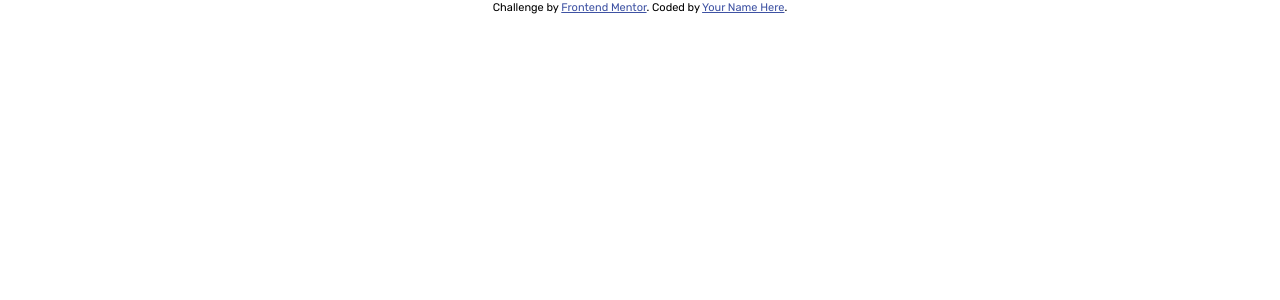
Repository: Akashiii1/WebTimeTracking_Day6
Page: index.html
An editor plug-in stored every save of this project. The page is shown before and after the next save, followed by the edit.
The browser window is 1280 px wide. The pictures show the whole page.

Above is the page before, as saved 2021-12-26 23:22:37.

### index.html
<!DOCTYPE html>
<html lang="en">
<head>
  <meta charset="UTF-8">
  <meta name="viewport" content="width=device-width, initial-scale=1.0"> <!-- displays site properly based on user's device -->

  <link rel="icon" type="image/png" sizes="32x32" href="./images/favicon-32x32.png">

  <title>Frontend Mentor | Time tracking dashboard</title>

  <!-- Feel free to remove these styles or customise in your own stylesheet 👍 -->
  <link rel="stylesheet" href="style.css">
  <style>
    .attribution { font-size: 11px; text-align: center; }
    .attribution a { color: hsl(228, 45%, 44%); }
  </style>
</head>
<body>





  <div class="attribution">
    Challenge by <a href="https://www.frontendmentor.io?ref=challenge" target="_blank">Frontend Mentor</a>.
    Coded by <a href="#">Your Name Here</a>.
  </div>
  <script src="app.js"></script>
</body>
</html>

### style.css
@import url('https://fonts.googleapis.com/css2?family=Rubik:wght@300;400;500&display=swap');
:root{
  --Blue: hsl(246, 80%, 60%);

 --Lightred: hsl(15, 100%, 70%);/*(work)*/
 --Softblue : hsl(195, 74%, 62%);/*(play)*/
 --Lightred : hsl(348, 100%, 68%);/*(study)*/
 --Limegreen : hsl(145, 58%, 55%);/*(exercise)*/
 --Violet: hsl(264, 64%, 52%);/*(social)*/
 --Softorange : hsl(43, 84%, 65%);/*(self care)*/

  --Verydarkblue: hsl(226, 43%, 10%);
  --Darkblue: hsl(235, 46%, 20%);
  --Desaturatedblue: hsl(235, 45%, 61%);
  --PaleBlue: hsl(236, 100%, 87%);
}
*,
*::before,
*::after {
  box-sizing: border-box;
}
body,
h1,
h2,
h3,
h4,
h5,
h6,
p,
figure,
picture {
  margin: 0;
}
body {
  min-height: 100vh;
  line-height: 1.5;
}
input,
button,
select,
textarea {
  font: inherit;
}
img,
picture {
  display: block;
  max-width: 100%;
}
body{
  font-family: 'Rubik', sans-serif;
}
/* remove animation for people who've turned them off */
@media (prefers-reduced-motion: reduce) {
  *,
  *::before,
  *::after {
    animation-duration: 0.01ms !important;
    animation-iteration-count: 1 !important;
    transition-duration: 0.01ms !important;
    scroll-behavior: auto !important;
  }
}

Loaded but not shown: app.js (no stored copy; drawn as an empty file)

After the next save:
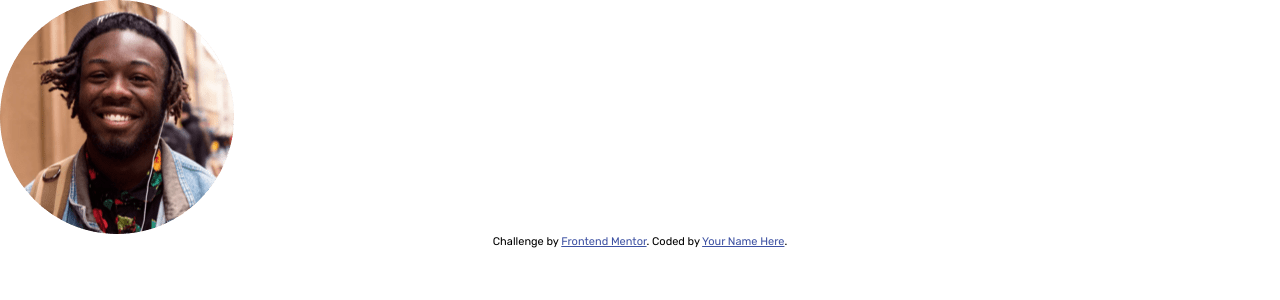
Saved 64 s later.
--- a/index.html
+++ b/index.html
@@ -16,7 +16,13 @@
   </style>
 </head>
 <body>
-
+  <section class="activity-tracker">
+    <section class="activity-tracker-menu">
+      <div class="activity-tracker-owner">
+        <img src="images/image-jeremy.png" alt="">
+      </div>
+    </section>
+  </section>
 
 
 
